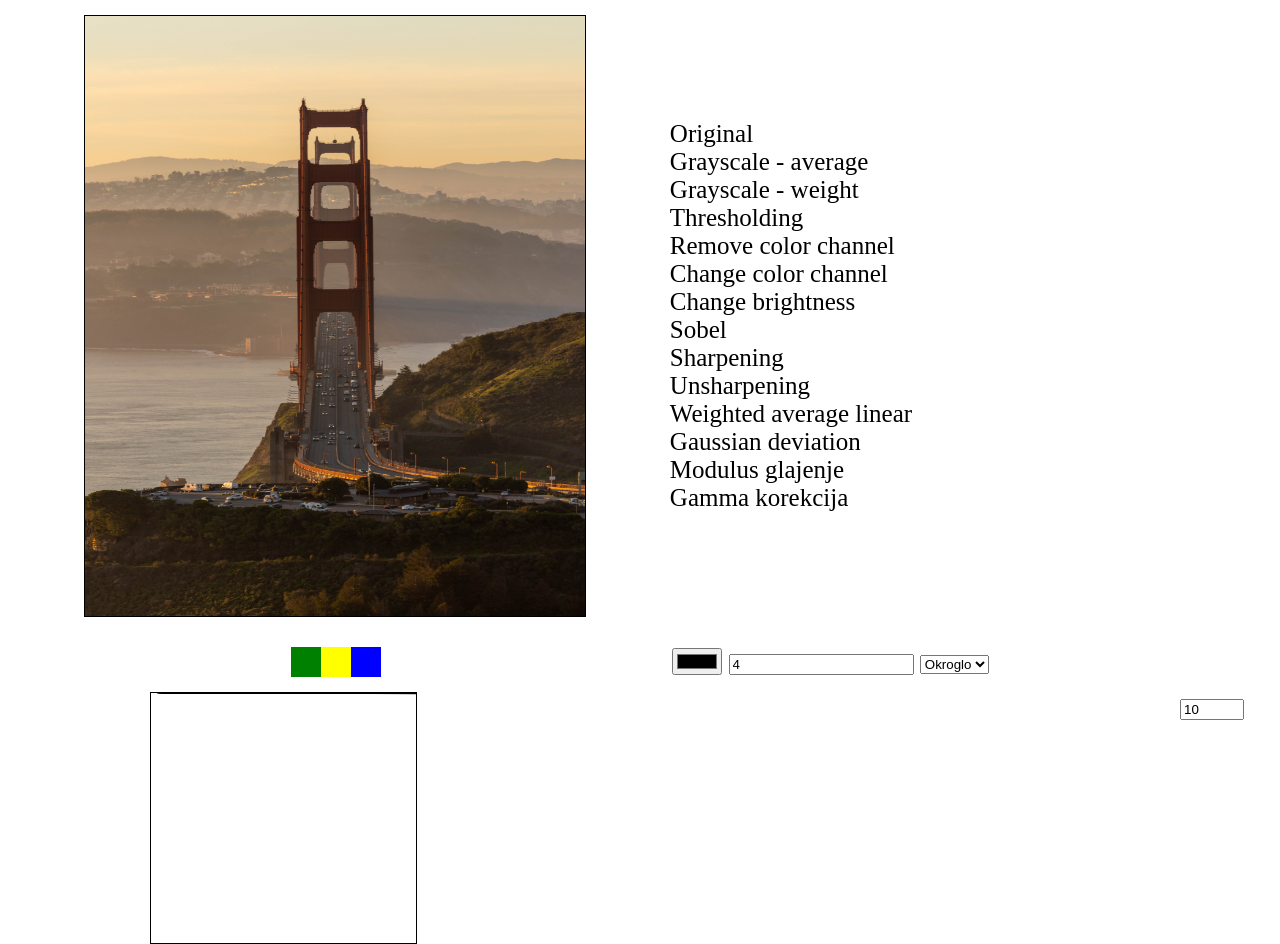
Repository: fussionko/web_photoshop
Page: index.html
These files come from the project's save history. The page is drawn as it stood at one moment and after the next save; the edit follows.
The browser window is 1280 px wide. The pictures show the whole page.

Above is the page before, as saved 2022-04-28 12:28:39.

After the next save:
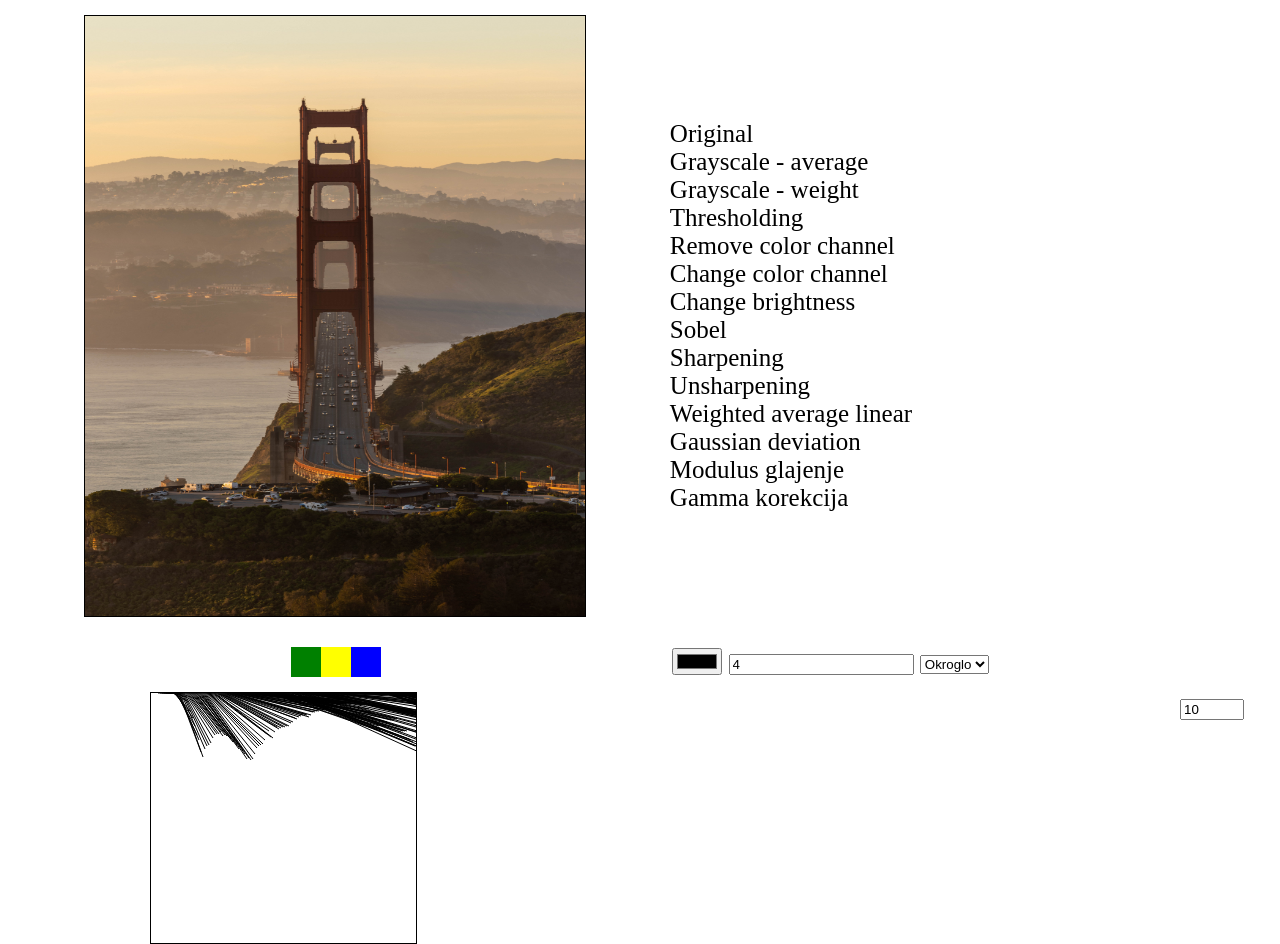
Saved 31 s later.
--- a/graph.js
+++ b/graph.js
@@ -103,8 +103,9 @@ function draw_graph()
 {
     graph_ctx.beginPath();
     let i = 1;
-    for(const range in graph["r"])
+    for(let range in graph["r"])
     {
+        range = parseInt(range);
         console.log(5+i, range+5+i, graph["r"][range]);
         graph_ctx.beginPath();
         graph_ctx.moveTo(5+i, 0);
